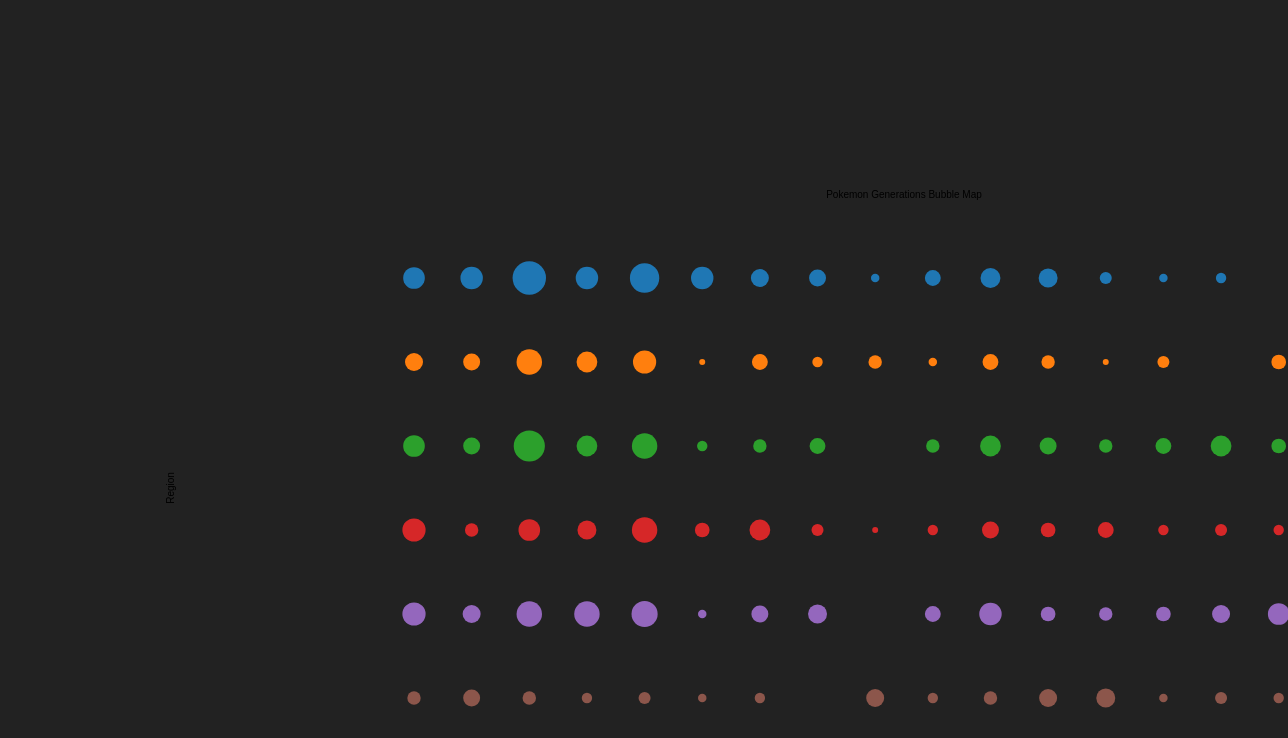
Repository: Cartterr/Proyecto-VisInfo
Page: Propuesta2_Atributos_Burbujas.html
These files come from the project's save history. The page is drawn as it stood at one moment and after the next save; the edit follows.
The browser window is 1280 px wide. The page is 1288 px wide, so the pictures cover 1288 px, including what lies to the right of the window. The pictures show the whole page.

Above is the page before, as saved 2023-06-21 04:05:50.

### Propuesta2_Atributos_Burbujas.html
<!DOCTYPE html>
<html>
<head>
    <meta charset="utf-8">
    <title>Pokemon Analysis</title>
    <link rel="stylesheet" href="Propuesta2_Atributos_Burbujas.css">
</head>
<body>
    <div id="chart"></div>
    <script src="https://d3js.org/d3.v5.min.js"></script>
    <script src="Propuesta2_Atributos_Burbujas.js"></script>
</body>
</html>

### Propuesta2_Atributos_Burbujas.css
body {
    font: 10px sans-serif;
    background-color: #222;
    color: #fff;
}

.dot {
    stroke: #000;
}

.axis text {
    fill: #fff;
}

.axis path,
.axis line {
    fill: none;
    stroke: #fff;
    shape-rendering: crispEdges;
}

### Propuesta2_Atributos_Burbujas.js
// script.js

Promise.all([
    d3.csv("pokemon.csv"),
    d3.csv("generacion_region.csv")
]).then(([pokemonData, regionData]) => {
    // Parse numeric attributes
    pokemonData.forEach(d => {
        d["#"] = +d["#"];
        d.Total = +d.Total;
        d.HP = +d.HP;
        d.Attack = +d.Attack;
        d.Defense = +d.Defense;
        d["Sp. Atk"] = +d["Sp. Atk"];
        d["Sp. Def"] = +d["Sp. Def"];
        d.Speed = +d.Speed;
        d.Generation = +d.Generation;
    });

    regionData.forEach(d => {
        d.Generation = +d.Generation;
        d["Number of Pokémon"] = +d["Number of Pokémon"];
    });

    // Aggregate data by type and generation
    let statsPerTypeAndGeneration = d3.nest()
        .key(d => d.Generation)
        .key(d => d["Type 1"])
        .rollup(v => v.length)
        .entries(pokemonData);

    // Flatten the nested data and add the region information
    let data = [];
    statsPerTypeAndGeneration.forEach(gen => {
        let region = regionData.find(d => d.Generation == gen.key).Region;
        gen.values.forEach(type => {
            data.push({
                Generation: +gen.key,
                Type: type.key,
                Count: type.value,
                Region: region
            });
        });
    });

    // Define the scale for the coordinates and color
    let xCoord = d3.scalePoint()
        .domain(data.map(d => d.Type))
        .range([150, window.innerWidth - 150]);

    let yCoord = d3.scalePoint()
        .domain(data.map(d => d.Region))
        .range([150, window.innerHeight - 150]);

    let color = d3.scaleOrdinal(d3.schemeCategory10);

    let svg = d3.select("#chart").append("svg")
        .attr("width", window.innerWidth)
        .attr("height", window.innerHeight)
        .append("g")
        .attr("transform", "translate(" + window.innerWidth / 5 + "," + window.innerHeight / 6 + ")");

    svg.append("text")
        .attr("x", (window.innerWidth / 2))
        .attr("y", 70)
        .attr("class", "title")
        .style("text-anchor", "middle")
        .text("Pokemon Generations Bubble Map");

    let bubbles = svg.selectAll("circle")
        .data(data)
        .enter()
        .append("circle")
        .attr("cx", d => xCoord(d.Type))
        .attr("cy", d => yCoord(d.Region))
        .attr("r", d => Math.sqrt(d.Count) * 3) // Adjust the radius factor
        .style("fill", d => color(d.Generation));

    bubbles.append("title")
        .text(d => `Region: ${d.Region}\nType: ${d.Type}\nGeneration: ${d.Generation}\nCount: ${d.Count}`);

    let legend = svg.selectAll(".legend")
        .data(regionData)
        .enter().append("g")
        .attr("class", "legend")
        .attr("transform", (d, i) => "translate(0," + i * 20 + ")");

    legend.append("rect")
        .attr("x", window.innerWidth - 120)
        .attr("width", 18)
        .attr("height", 18)
        .style("fill", d => color(d.Generation));

    legend.append("text")
        .attr("x", window.innerWidth - 130)
        .attr("y", 9)
        .attr("dy", ".35em")
        .style("text-anchor", "end")
        .text(d => `Generation: ${d.Generation}`);

    svg.append("text")
        .attr("transform", "rotate(-90)")
        .attr("y", -100)
        .attr("x", -((window.innerHeight / 2)))
        .attr("dy", "1em")
        .style("text-anchor", "middle")
        .text("Region");

    svg.append("text")
        .attr("transform", "translate(" + ((window.innerWidth / 2)) + " ," + (window.innerHeight - 50) + ")")
        .style("text-anchor", "middle")
        .text("Type");
}).catch(error => {
    console.log(error);
});

After the next save:
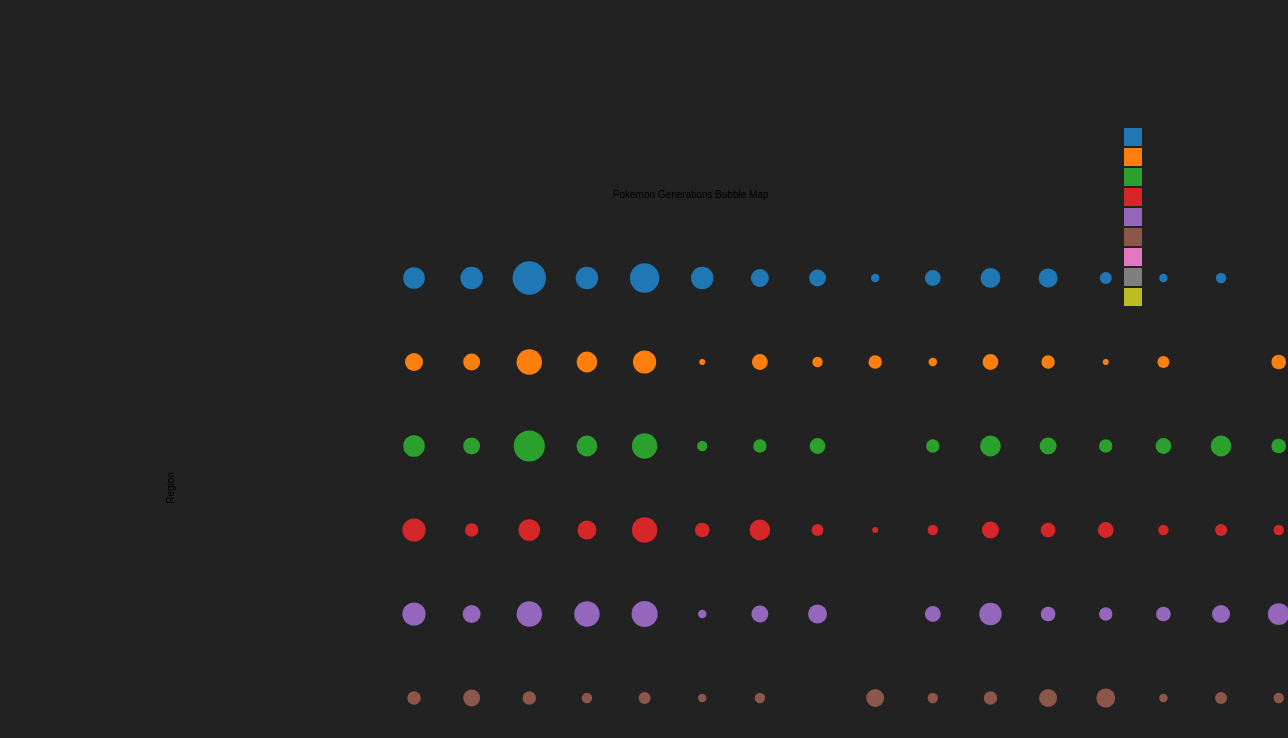
Saved 38 s later.
--- a/Propuesta2_Atributos_Burbujas.js
+++ b/Propuesta2_Atributos_Burbujas.js
@@ -61,7 +61,7 @@ Promise.all([
         .attr("transform", "translate(" + window.innerWidth / 5 + "," + window.innerHeight / 6 + ")");
 
     svg.append("text")
-        .attr("x", (window.innerWidth / 2))
+        .attr("x", (window.innerWidth / 3))
         .attr("y", 70)
         .attr("class", "title")
         .style("text-anchor", "middle")
@@ -86,7 +86,7 @@ Promise.all([
         .attr("transform", (d, i) => "translate(0," + i * 20 + ")");
 
     legend.append("rect")
-        .attr("x", window.innerWidth - 120)
+        .attr("x", window.innerWidth - 420)
         .attr("width", 18)
         .attr("height", 18)
         .style("fill", d => color(d.Generation));
